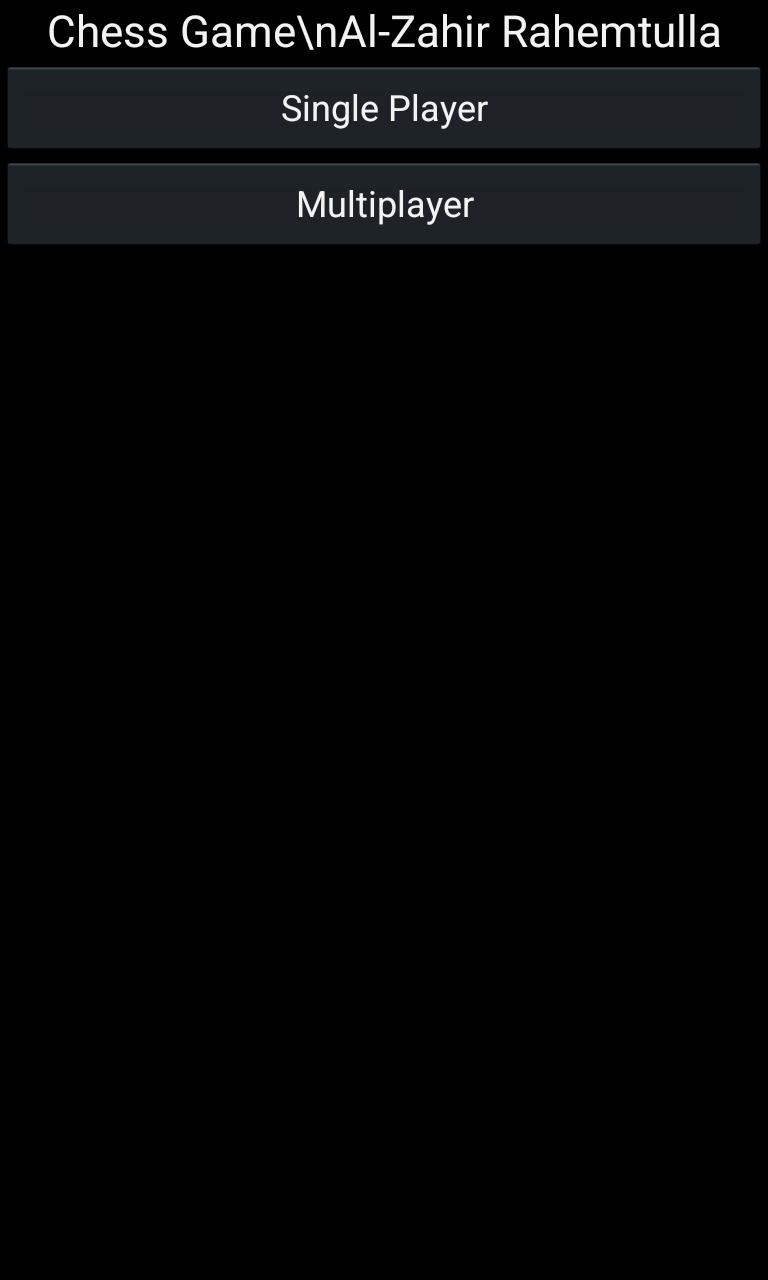
Repository: Al-Zahir/APCS
Layout: workspace/APCompFinal/res/layout/menu.xml
The author's editor kept a copy of each file at every save. The layout is drawn from the files as they stood at one save, then again after the next save.
It is drawn on a 768 x 1280 px phone screen (xhdpi) without system bars, with theme android:Theme.Holo; the app's code is not run.

Above is the layout before, as saved 2015-06-01 13:11:06.

After the next save:
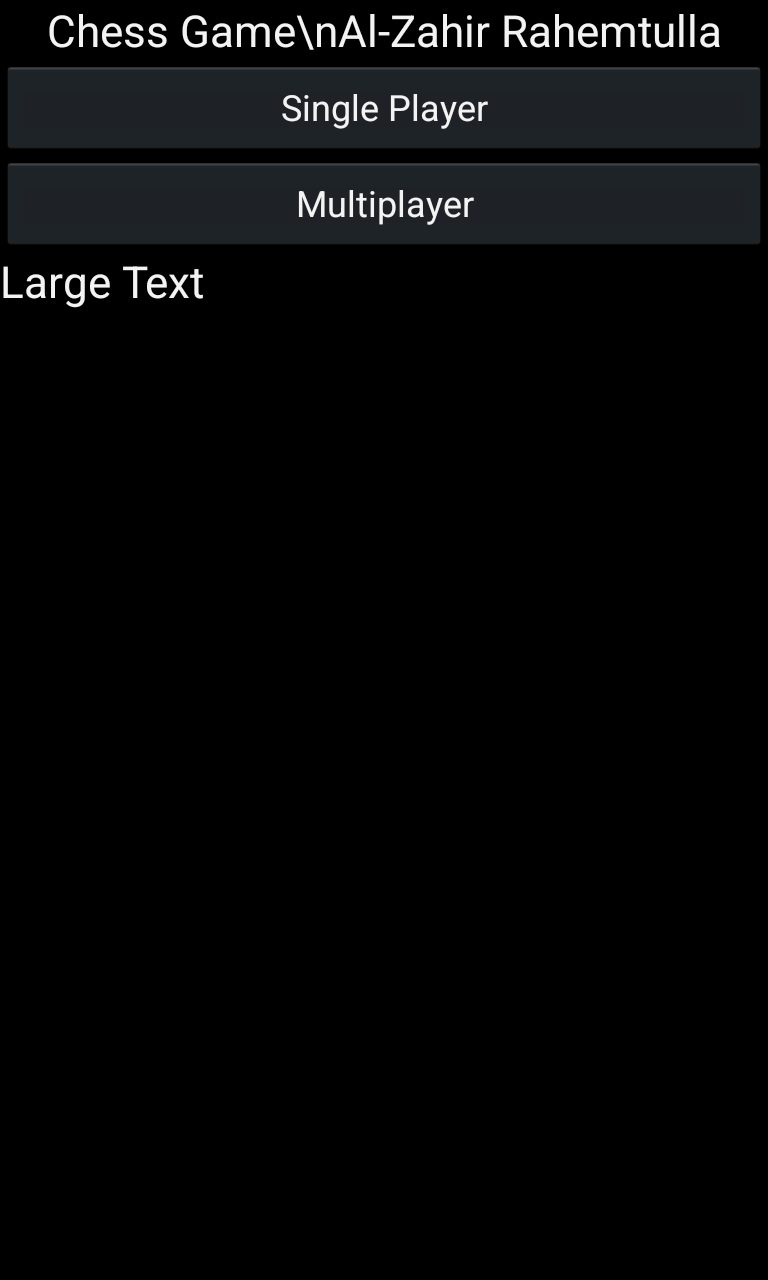
Saved 8 min 39 s later.
--- a/workspace/APCompFinal/res/layout/menu.xml
+++ b/workspace/APCompFinal/res/layout/menu.xml
@@ -24,4 +24,11 @@
         android:layout_height="wrap_content"
         android:text="Multiplayer" />
 
+    <TextView
+        android:id="@+id/loadingMenu"
+        android:layout_width="wrap_content"
+        android:layout_height="wrap_content"
+        android:text="Large Text"
+        android:textAppearance="?android:attr/textAppearanceLarge" />
+
 </LinearLayout>
